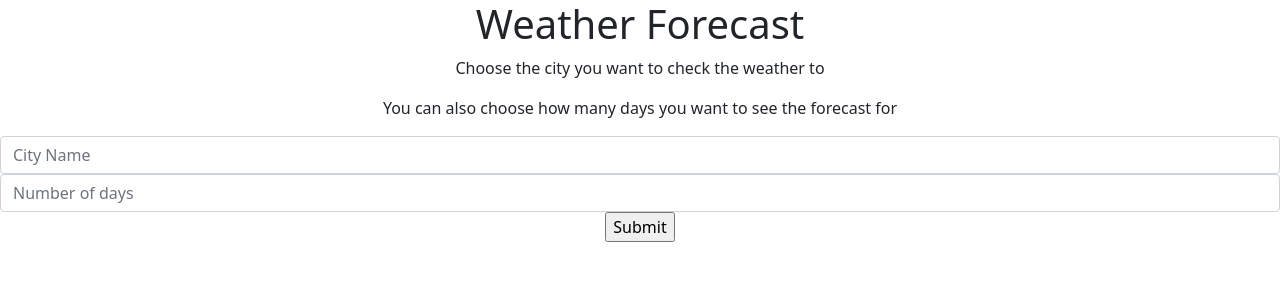
Repository: DimitrisDoxopoulos/my-own-weather-app
Page: /
An editor plug-in stored every save of this project. The page is shown before and after the next save, followed by the edit.
The browser window is 1280 px wide. The pictures show the whole page.
The project was rebuilt for these pictures with package versions that can differ from the ones it lists, and the page was loaded fresh each time.

Above is the page before, as saved 2021-06-03 15:14:28.

### src/App.js
import './App.css';

/*--------------- Importing Components ------------------- */
import Wrapper from './components/Wrapper'
import Header from './components/Header'
import Tagline from './components/Tagline'
import Form from './components/Form'
/*--------------- Importing Components ------------------- */

function App() {
  return (
    <div className="App">
      <Wrapper>
        <Header />
        <Tagline />
        <Form />
      </Wrapper>
    </div>
  );
}

export default App;

### src/components/Wrapper.js
import React from 'react';

const Wrapper = (props) => {
    return(
    <div className='wrapper'>
        { props.children }
    </div>
    )
}

export default Wrapper;

### src/components/Header.js
import React from 'react'

const Header = () => {
    return (
        <div className="">
            <h1 className="">Weather Forecast</h1>
        </div>
    )
}

export default Header

### src/components/Tagline.js
import React from 'react'

const Tagline = () => {
    return (
        <div>
            <p>Choose the city you want to check the weather to</p>
            <p>You can also choose how many days you want to see the forecast for</p>
        </div>
    )
}

export default Tagline

### src/components/Form.js
import React from 'react'

const Form = () => {
    return (
        <div>
            <form>
                <div class="form-group">
                    <input type="text" class="form-control" id="exampleFormControlInput1" placeholder="City Name" />
                </div>
                <div class="form-group">
                   <input type="text" class="form-control" id="exampleFormControlInput1" placeholder="Number of days" />
                </div>
                <input type="submit" value="Submit" />
            </form>
        </div>
    )
}

export default Form

Loaded but not shown: public/index.html (common file); src/index.js (common file); src/index.css (common file); src/reportWebVitals.js (common file); src/App.css (common file)

After the next save:
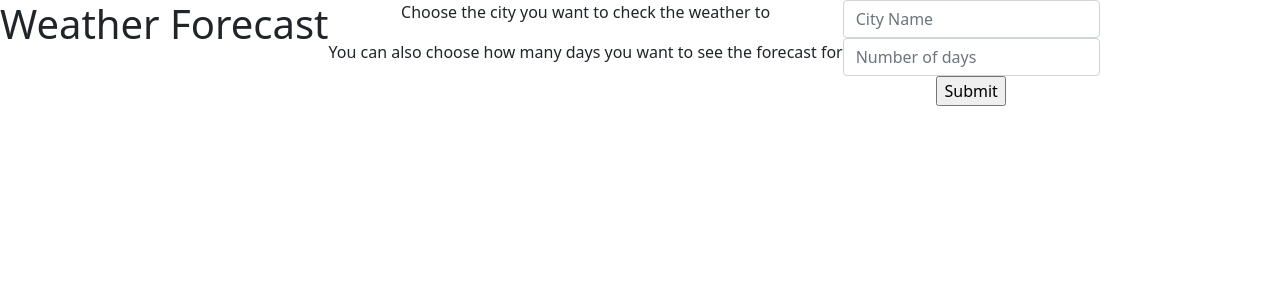
Saved 22 s later.
--- a/src/components/Wrapper.js
+++ b/src/components/Wrapper.js
@@ -2,7 +2,7 @@
 
 const Wrapper = (props) => {
     return(
-    <div className='wrapper'>
+    <div className='d-flex '>
         { props.children }
     </div>
     )

After the save that followed:
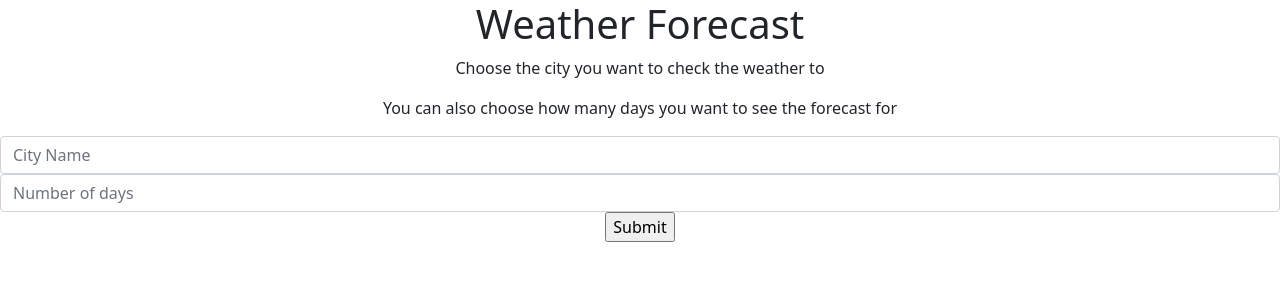
Saved 5 s later.
--- a/src/components/Wrapper.js
+++ b/src/components/Wrapper.js
@@ -2,7 +2,7 @@
 
 const Wrapper = (props) => {
     return(
-    <div className='d-flex '>
+    <div className='d-flex flex-column'>
         { props.children }
     </div>
     )
